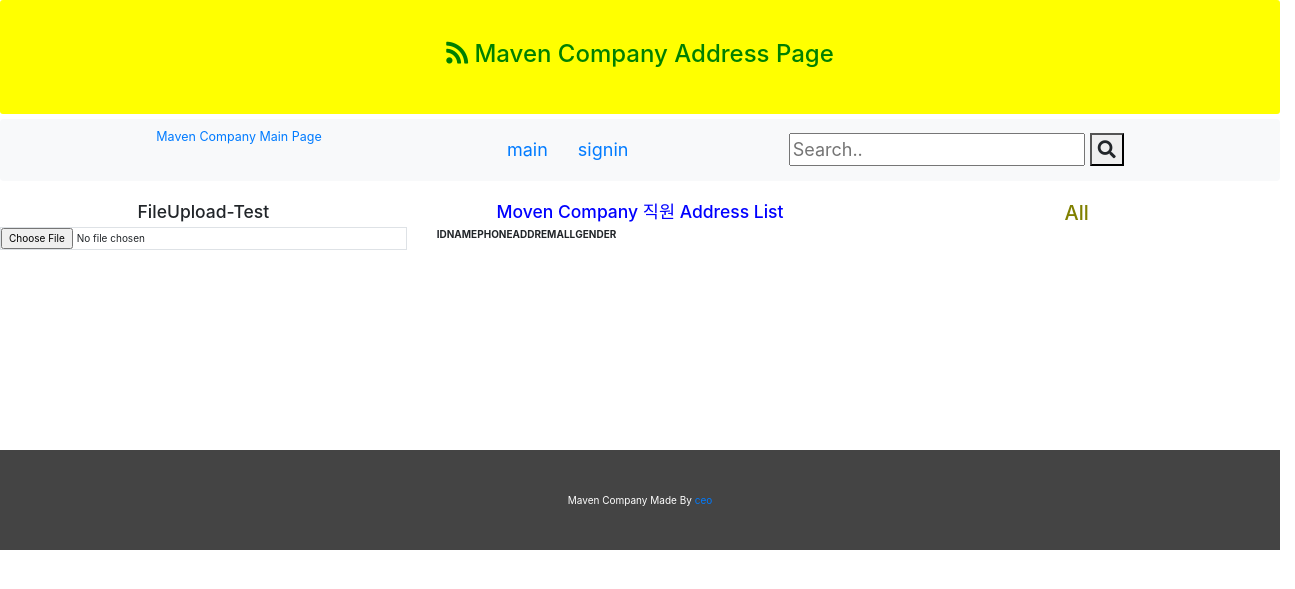
Repository: as2019a/spring
Page: http://localhost/ch19_project_mavenwebsite/WEB-INF/views/address.jsp
These files come from the project's save history. The page is drawn as it stood at one moment and after the next save; the edit follows.
The browser window is 1280 px wide. The page is 1295 px wide, so the pictures cover 1295 px, including what lies to the right of the window. The pictures show the whole page.
Some web libraries are served in a nearby version. The page is served by Tomcat 9. Nobody is signed in. Other server files are loaded and not shown. The template is opened directly, without the code that normally fills it, so the values that code supplies are empty.

Above is the page before, as saved 2019-02-01 05:33:18.

### ch19_project_mavenwebsite/src/main/webapp/WEB-INF/views/address.jsp
<%@ page language="java" contentType="text/html; charset=UTF-8"
    pageEncoding="UTF-8"%>
<%@ taglib prefix="c" uri="http://java.sun.com/jsp/jstl/core" %>
<%@ taglib prefix="sec" uri="http://www.springframework.org/security/tags" %>
<!DOCTYPE html>
<html>
<head>
<meta charset="UTF-8">
<meta name="viewport"
 	  content="width=device-width, initial-scale=1">
<title>Maven Company Address Page</title>
<link href="https://maxcdn.bootstrapcdn.com/bootstrap/3.3.2/css/bootstrap.min.css" rel="stylesheet">
<link rel="stylesheet" href="https://maxcdn.bootstrapcdn.com/bootstrap/4.2.1/css/bootstrap.min.css">
<link rel="stylesheet" href="https://use.fontawesome.com/releases/v5.5.0/css/all.css">
<style>
	.jumbotron{
		margin-bottom: 5px;
	}

	.jumbotron:hover{
		background-color:yellow;
	}

	#center:hover{
		color:orange;
	}

	#center{
		font-size:x-large;
		color:green;
	}

	#mca{
		text-align:center;
		color:blue;
		border-bottom:1px;
	}

	.navbar{
		font-size:large;
	}

	.footer{
		height: 100px;
		line-height: 100px;
		background-color: #444;
		color: white;
		text-align: center;
		margin-top: 200px;
	}
</style>
</head>
<body>
	<div class="jumbotron">
		<h1 class="text-center" id="center"><i class='fas fa-rss' style='font-size:25px'></i> Maven Company Address Page</h1>
	</div>
	<div class="navbar navbar-expand-sm bg-light">
		<div class="container-fluid">
			<div class="navbar-header">
					<button type="button"
							class="navbar-toggle"
							data-toggle="collapse"
							data-target="#navbar">
							<span class="icon-bar"></span>
							<span class="icon-bar"></span>
							<span class="icon-bar"></span>
					</button>
					<a class="navbar-brand" href="#">Maven Company Main Page</a>
	    		</div>
	    	<div>
	      	<div class="collapse navbar-collapse" id="myNavbar">
				<ul class="nav navbar-nav">
					<li><a href="/main">main</a></li>
					<sec:authorize access="!isAuthenticated()">
					<li><a href="/user/signin">signin</a></li>
					</sec:authorize>
					<sec:authorize access="isAuthenticated()">
					<li><a href="/user/signup">signup</a></li>
					</sec:authorize>
					<sec:authorize access="isAuthenticated()">
					<li><a href="/board/list">board</a></li>
					</sec:authorize>
					<sec:authorize access="isAuthenticated()">
					<li><a href="/mypage">mypage</a></li>
					</sec:authorize>
					<sec:authorize access="isAuthenticated()">
					<li><a href="/address">address</a></li>
					</sec:authorize>
					<sec:authorize access="isAuthenticated()">
					<li><a href="/cafe">cafe</a></li>
					</sec:authorize>
					<sec:authorize access="isAuthenticated()">
					<li><a href="/calendar">calendar</a></li>
					</sec:authorize>
					<sec:authorize access="isAuthenticated()">
					<li><a href="/worlduniversity">worlduniversity</a></li>
					</sec:authorize>
					<sec:authorize access="isAuthenticated()">
					<li><a href="/etc">etc</a></li>
					</sec:authorize>
					<sec:authorize access="hasRole('ROLE_MANAGER')">
					<li><a href="/manager">manager</a></li>
					</sec:authorize>
					<sec:authorize access="hasRole('ROLE_ADMIN')">
					<li><a href="/admin">admin</a></li>
					</sec:authorize>
					<sec:authorize access="isAuthenticated()">
					<li><a href="javascript:signout()">signout</a></li>
					</sec:authorize>
				</ul>
			</div>
		</div>
			<div class="search-container">
		    <form action="/action_page.php">
		      <input type="text" placeholder="Search.." name="search">
		      <button type="submit"><i class="fa fa-search"></i></button>
		    </form>
		  </div>
		</div>
	</div>
	<div class="row">
	  <div class="col">
	  	<h3 style="text-align:center;">FileUpload-Test</h3>
		<input type="file" class="form-control-file border">
	  </div>
	  <div class="col">
	  	<h3 id="mca">Moven Company 직원 Address List</h3>
	  	<table>
	  		<tr>
	  			<th>ID</th>
	  			<th>NAME</th>
	  			<th>PHONE</th>
	  			<th>ADDR</th>
	  			<th>EMALL</th>
	  			<th>GENDER</th>
	  		</tr>
	  		<c:forEach var="Address" items="${Address.list }" >
	  		<tr>
	  			<td>${Address.user_id }</td>
	  			<td>${Address.signup_name }</td>
	  			<td>${Address.signup_phone }</td>
	  			<td>${Address.signup_addr }</td>
	  			<td>${Address.signup_email }</td>
	  			<td>${Address.gender }</td>
	  		</tr>
	  		</c:forEach>
	  	</table>
	  </div>
	  <div class="col">
	  	<h2 style="text-align:center;color:olive;">All</h2>
	  </div>
	</div>
	<div class="footer">
		Maven Company Made By <a href="/footerceo">ceo</a>
	</div>
	<script src="https://code.jquery.com/jquery-3.3.1.min.js"></script>
	<script src="https://maxcdn.bootstrapcdn.com/bootstrap/3.3.2/js/bootstrap.min.js"></script>
	<script src="https://cdnjs.cloudflare.com/ajax/libs/popper.js/1.14.6/umd/popper.min.js"></script>
	<script src="https://maxcdn.bootstrapcdn.com/bootstrap/4.2.1/js/bootstrap.min.js"></script>
	<script>
		function signout(){
			var form = document.createElement("form");
			form.method="post";
			form.action="/user/signout";
			var input = document.createElement("input");
			input.type="hidden";
			input.name="${_csrf.parameterName}";
			input.value="${_csrf.token}";
			form.appendChild(input);
			document.body.appendChild(form);
			form.submit();
		}


	</script>
</body>
</html>

After the next save:
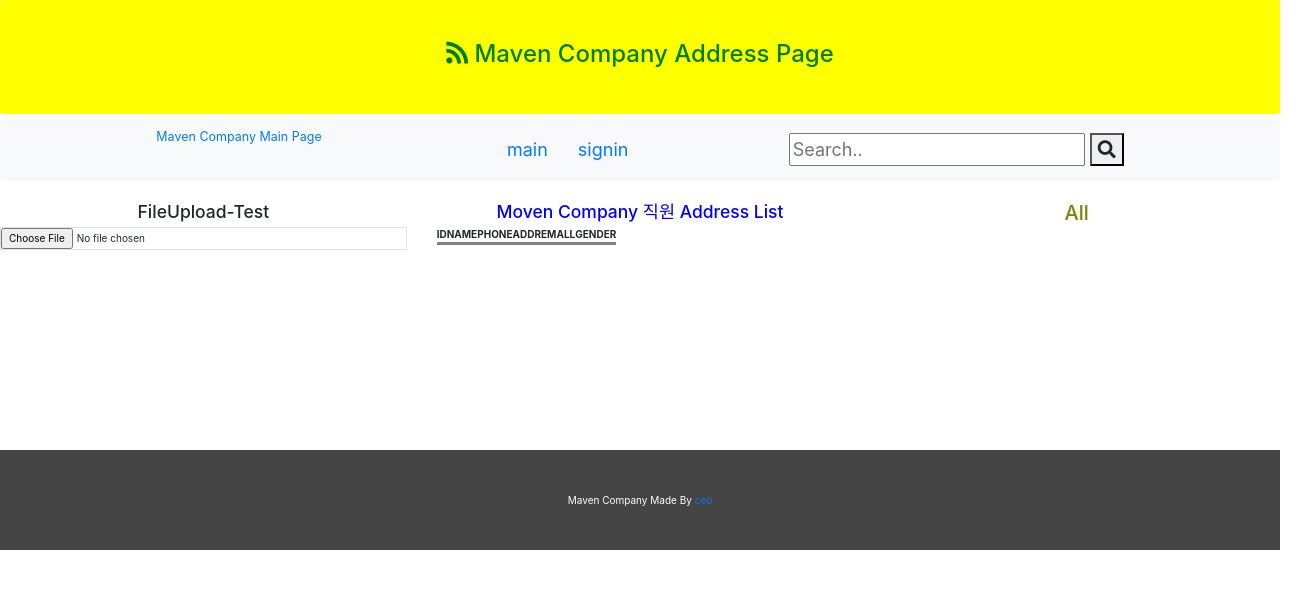
Saved 54 s later.
--- a/ch19_project_mavenwebsite/src/main/webapp/WEB-INF/views/address.jsp
+++ b/ch19_project_mavenwebsite/src/main/webapp/WEB-INF/views/address.jsp
@@ -34,6 +34,10 @@
 		text-align:center;
 		color:blue;
 		border-bottom:1px;
+	}
+
+	table{
+		border-bottom-style:solid;
 	}
 
 	.navbar{
